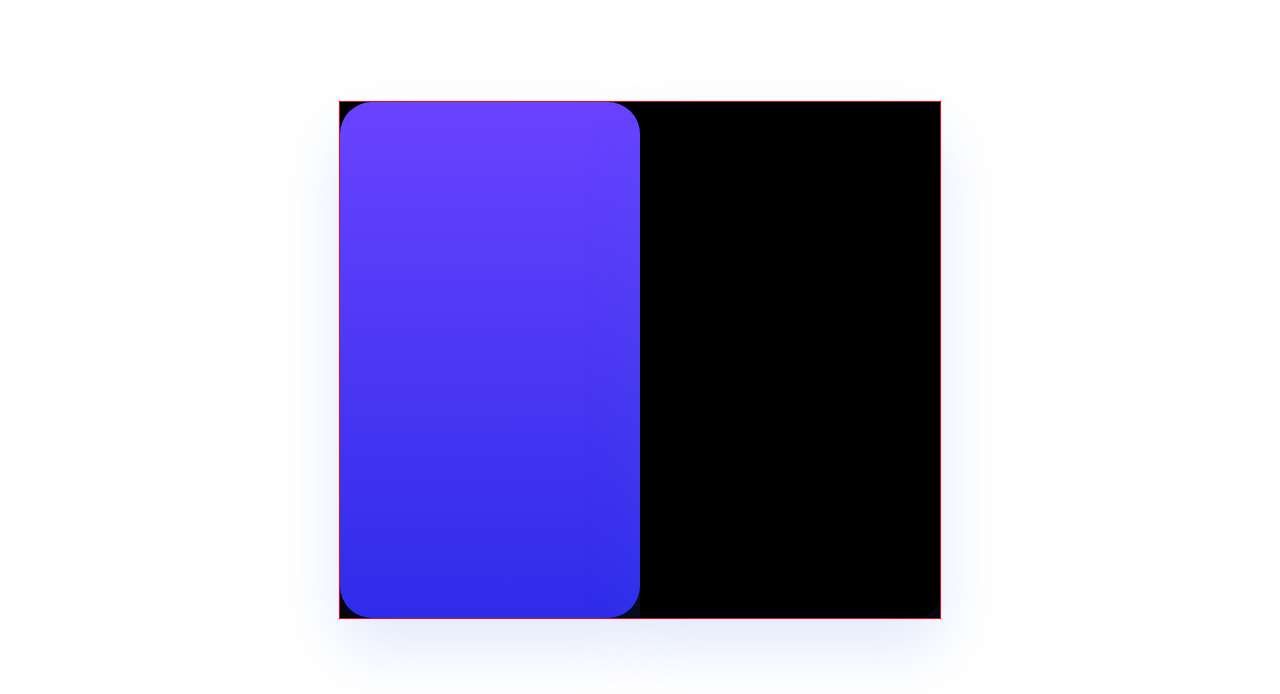
Repository: KamoliddinGIT/result-summary
Page: index.html
An editor plug-in stored every save of this project. The page is shown before and after the next save, followed by the edit.
The browser window is 1280 px wide. The pictures show the whole page.

Above is the page before, as saved 2023-09-08 15:33:48.

After the next save:
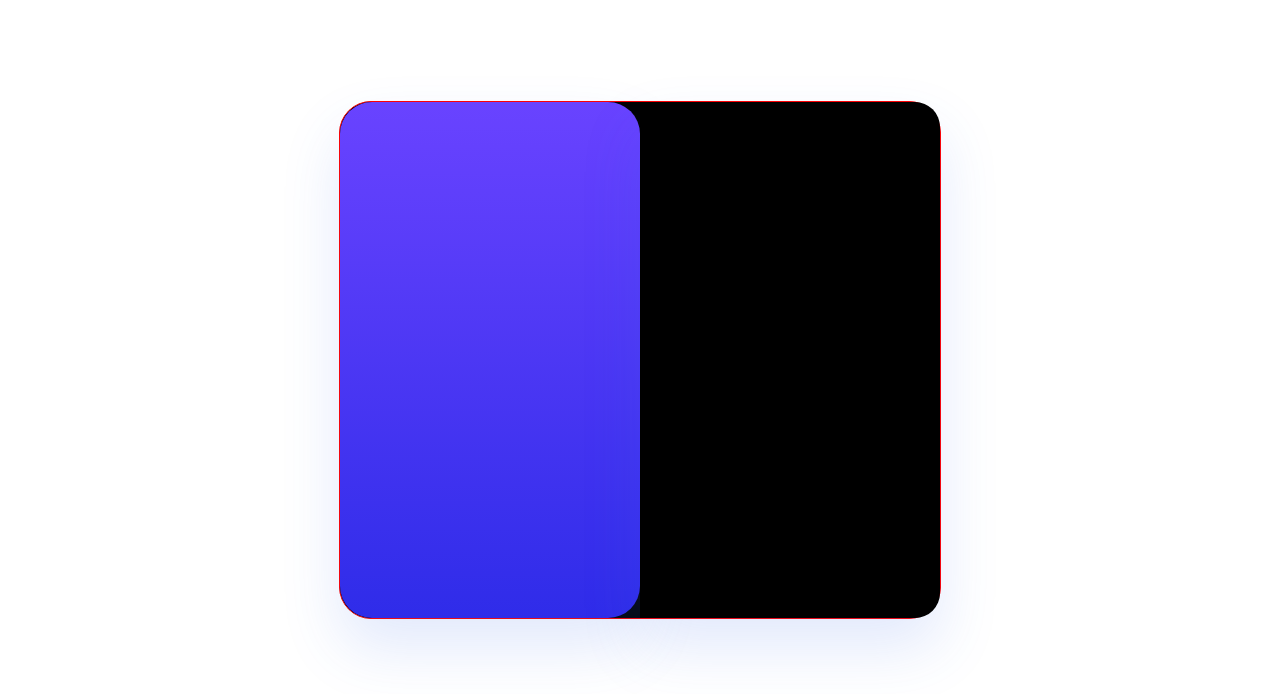
Saved 9 s later.
--- a/css/style.css
+++ b/css/style.css
@@ -19,6 +19,7 @@
   align-items: center;
   height: 72%;
   background-color: black;
+  border-radius: 32px;
   border: 1px solid red;
 }
 
